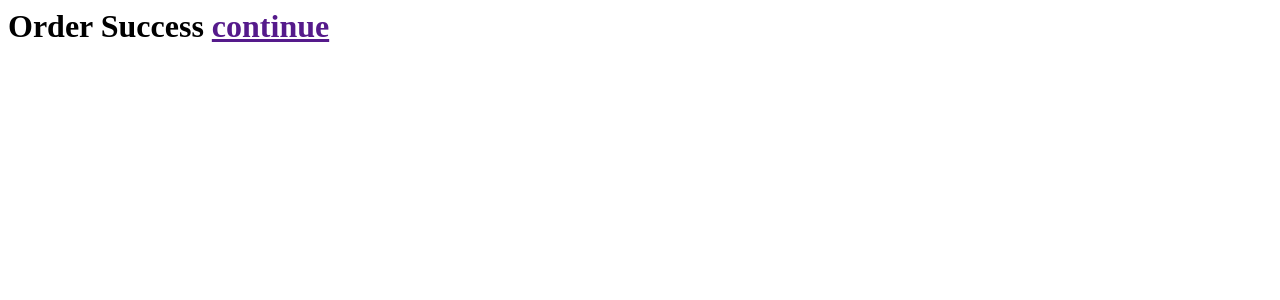
Repository: phamquyet29/duan1
Page: http://localhost/da1_nhom2/client/views/home/thanks.php
These files come from the project's save history. The page is drawn as it stood at one moment and after a run of saves; the edit follows.
The browser window is 1280 px wide. The pictures show the whole page.
The page is run by PHP 8.4 with error messages shown; the project is at /var/www/html/.

Above is the page before, as saved 2023-04-11 22:01:50.

After the next 3 saves:
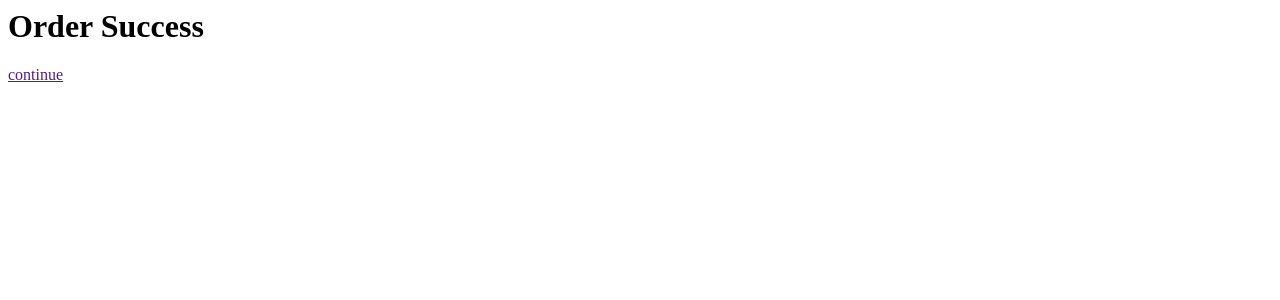
The 3 saves are shown as one change because they came seconds apart.
The last was saved 8 s later.
--- a/client/views/home/thanks.php
+++ b/client/views/home/thanks.php
@@ -1,5 +1,5 @@
 
 <div>
 <h1 class="text-black text-center inline">Order Success
-    <a class="text-black text-center inline" href="">continue</a></h1>
+   </h1> <a class="text-black text-center inline" href="">continue</a>
 </div>
